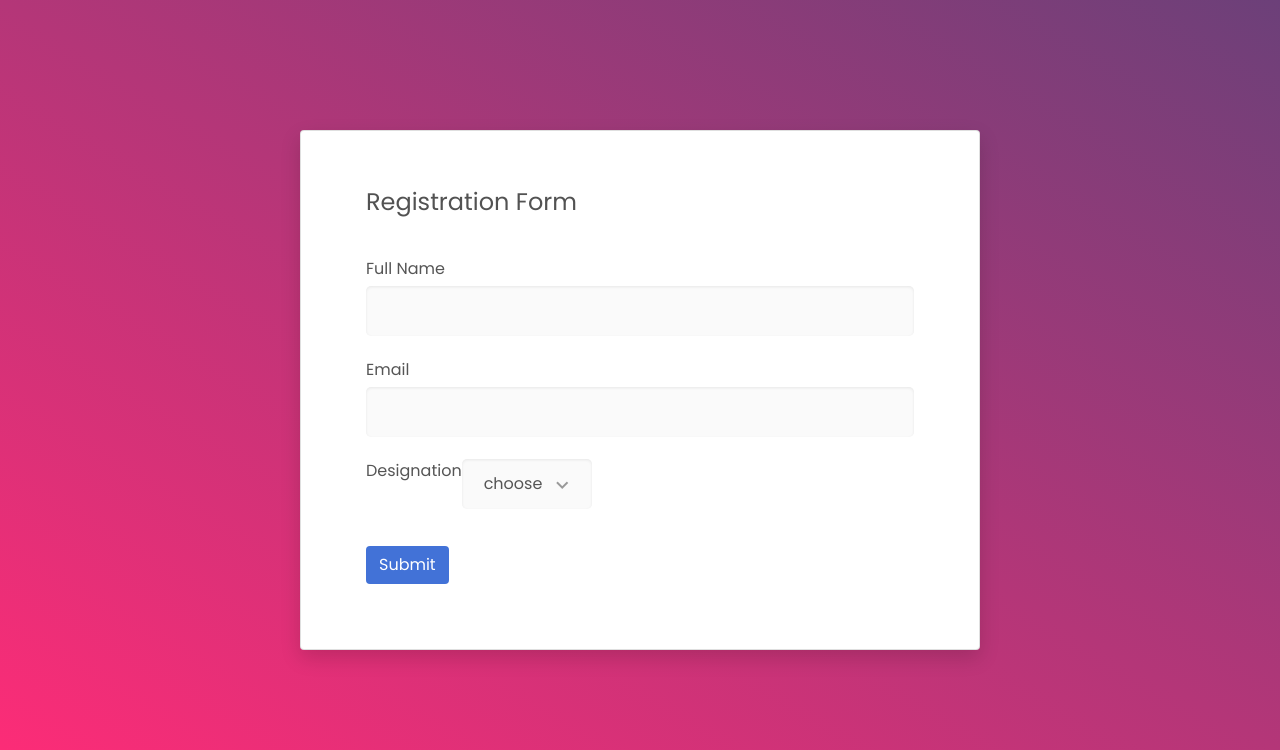
Repository: AbdulRehman0/registration
Page: http://localhost/registration.php
These files come from the project's save history. The page is drawn as it stood at one moment and after the next save; the edit follows.
The browser window is 1280 px wide. The pictures show the whole page.
The page is run by PHP 8.4 with error messages shown; the project is at /var/www/html/.

Above is the page before, as saved 2021-01-05 15:25:22.

After the next save:
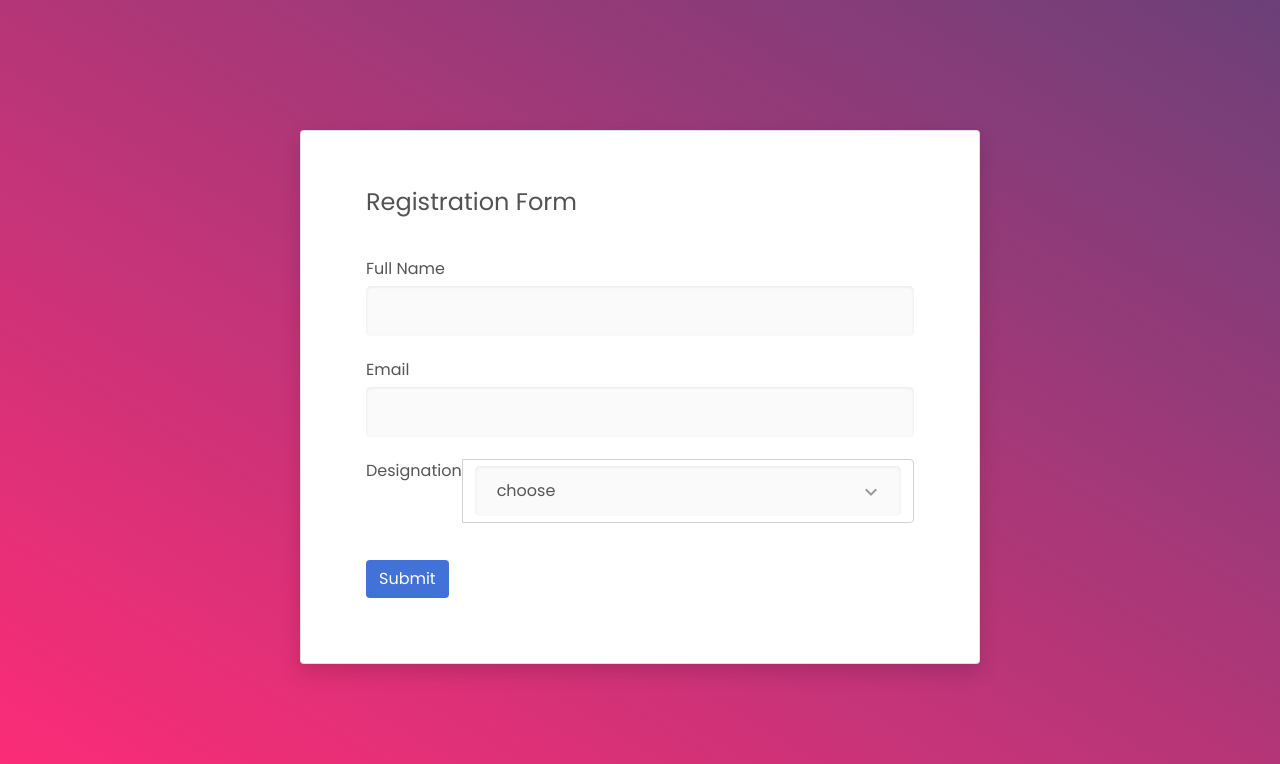
Saved 46 s later.
--- a/registration.php
+++ b/registration.php
@@ -30,7 +30,7 @@ include "./templates/header.php";
                             <div class="col-md-12">
                                 <div class="input-group">
                                     <label class="label">Designation</label>
-                                    <div class="rs-select2 js-select-simple select--no-search">
+                                    <div class="rs-select2 js-select-simple select--no-search form-control">
                                         <select name="subject">
                                             <option disabled="disabled" selected="selected">choose</option>
                                             <option value="1">Admin</option>
